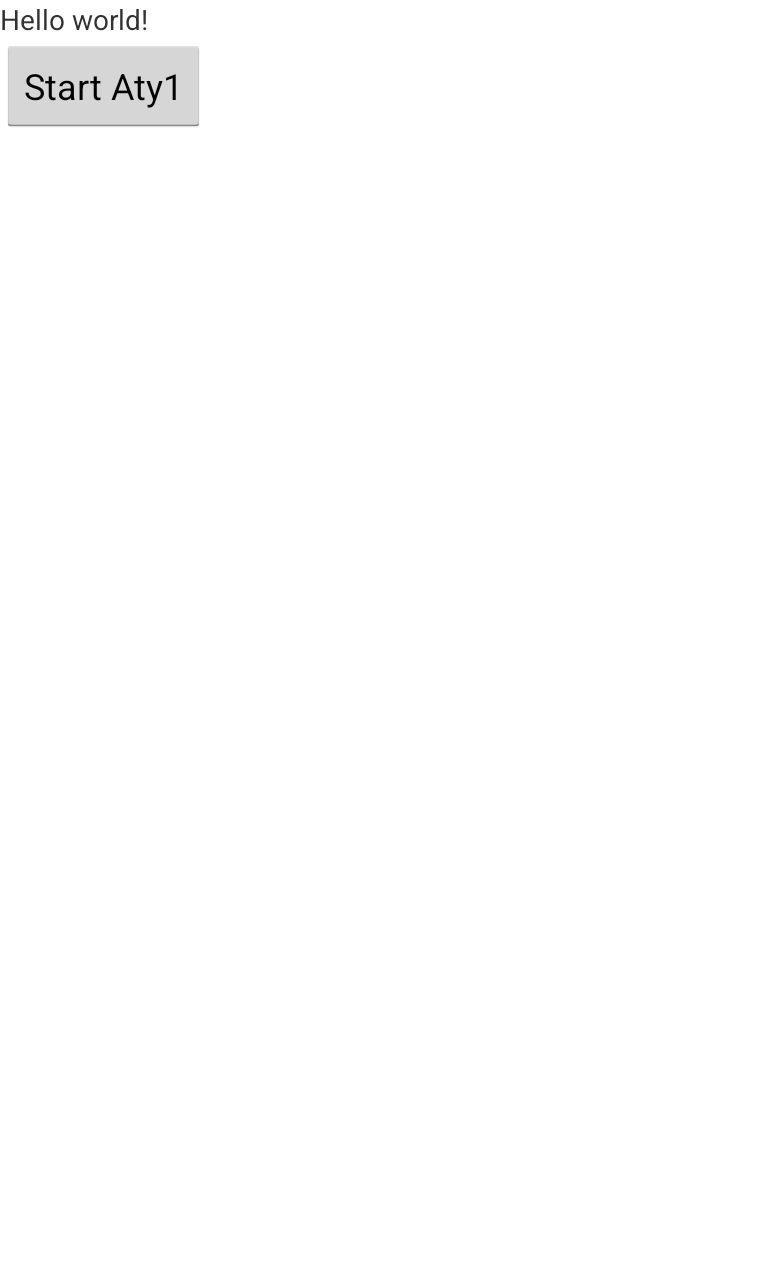
Repository: mchenyuxiang/studyAndroid
Layout: L008Intents/res/layout/activity_main.xml
An editor plug-in stored every save of this project. The layout is shown before and after the next save, followed by the edit.
It is drawn on a 768 x 1280 px phone screen (xhdpi) without system bars, with theme AppTheme; the app's code is not run.

Above is the layout before, as saved 2015-02-01 07:07:35.

### L008Intents/res/layout/activity_main.xml
<LinearLayout xmlns:android="http://schemas.android.com/apk/res/android"
    xmlns:tools="http://schemas.android.com/tools"
    android:layout_width="match_parent"
    android:layout_height="match_parent"
    android:orientation="vertical"
    tools:context="com.cyx.l008intents.MainActivity" >

    <TextView
        android:layout_width="wrap_content"
        android:layout_height="wrap_content"
        android:text="@string/hello_world" />

    <Button
        android:id="@+id/btnStartAty1"
        android:layout_width="wrap_content"
        android:layout_height="wrap_content"
        android:text="Start Aty1" />

</LinearLayout>

### L008Intents/res/values/strings.xml
<?xml version="1.0" encoding="utf-8"?>
<resources>

    <string name="app_name">L008Intents</string>
    <string name="hello_world">Hello world!</string>
    <string name="action_settings">Settings</string>

</resources>

Loaded but not shown: L008Intents/res/values/styles.xml (common file); L008Intents/res/values-v11/styles.xml (common file); L008Intents/res/values-v14/styles.xml (common file)

After the next save:
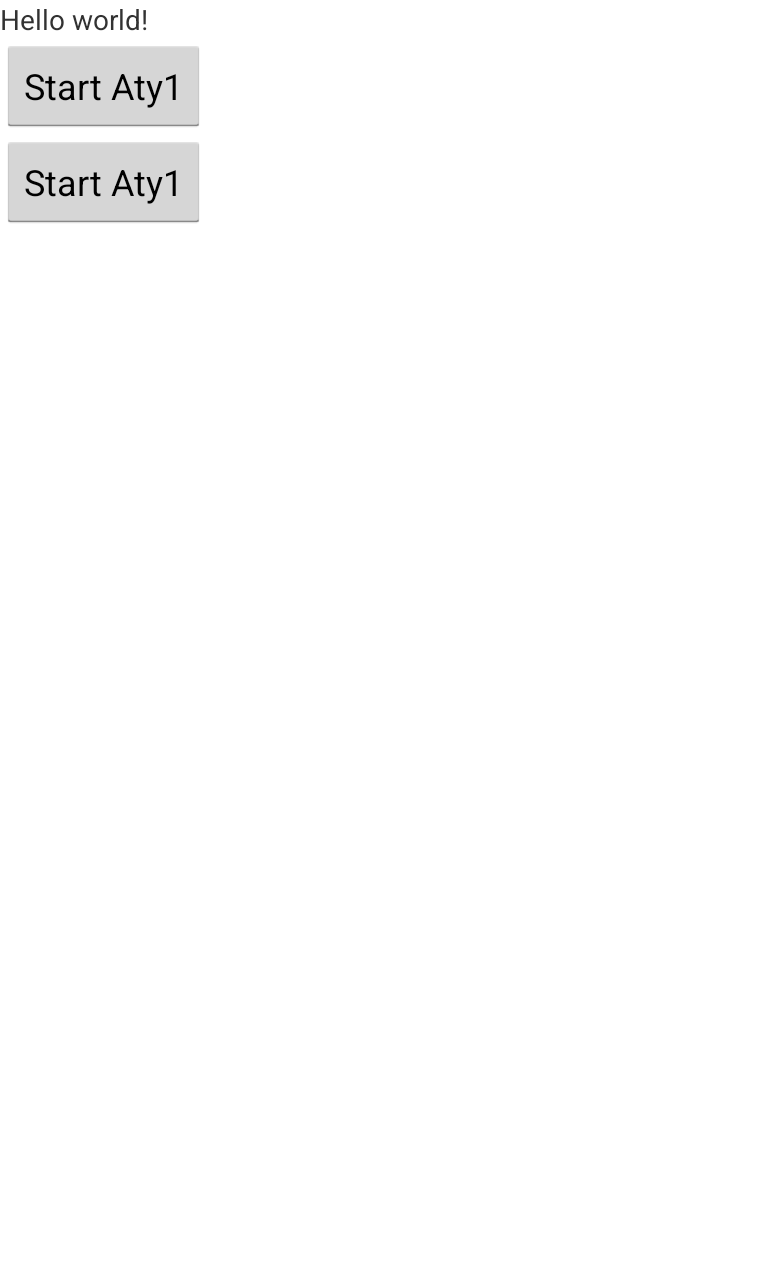
Saved 15 s later.
--- a/L008Intents/res/layout/activity_main.xml
+++ b/L008Intents/res/layout/activity_main.xml
@@ -16,4 +16,10 @@
         android:layout_height="wrap_content"
         android:text="Start Aty1" />
 
+    <Button
+        android:id="@+id/btnStartAty1"
+        android:layout_width="wrap_content"
+        android:layout_height="wrap_content"
+        android:text="Start Aty1" />
+
 </LinearLayout>
